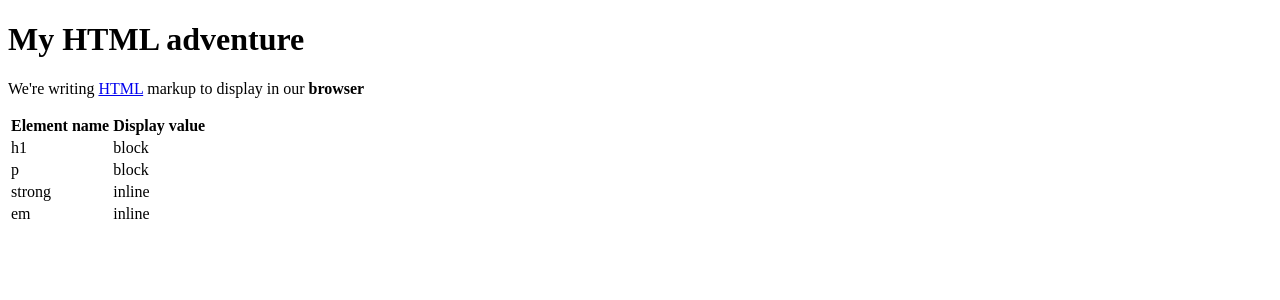
Repository: learn-co-students/fewpjs-dom-editing-lab-austin-web-030920
Page: index.html
The author's editor kept a copy of each file at every save. The page is drawn from the files as they stood at one save, then again after the next save.
The browser window is 1280 px wide. The pictures show the whole page.

Above is the page before, as saved 2020-04-20 10:58:07.

After the next save:
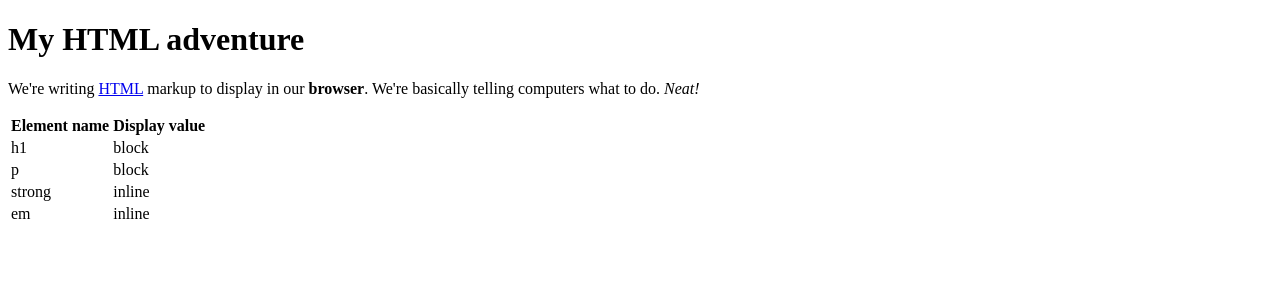
Saved 29 s later.
--- a/index.html
+++ b/index.html
@@ -14,7 +14,9 @@
     <h1>My HTML adventure</h1>
     <p>
         We're writing <a href="https://developer.mozilla.org/en-US/docs/Web/HTML">HTML</a> markup to display in our
-        <strong>browser</strong>
+        <strong>browser</strong>.
+        We're basically telling computers what to do. <em>Neat!</em>
+
     </p>
 
     <table>
